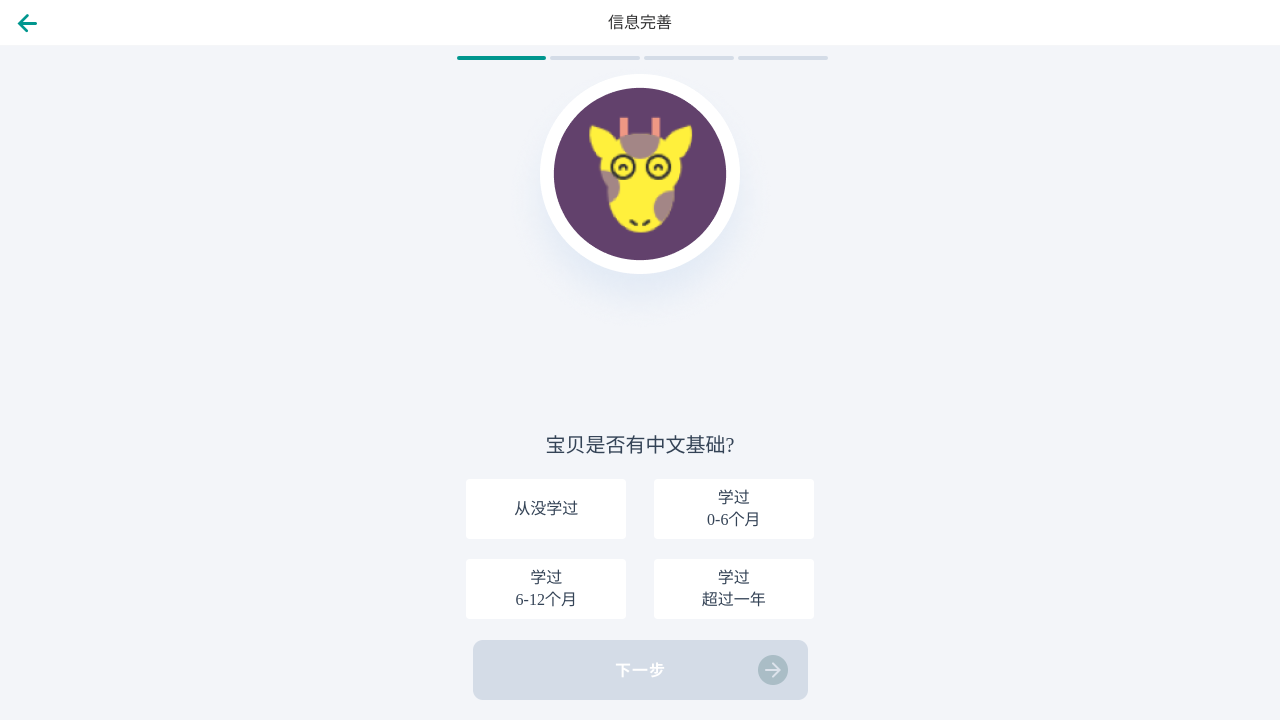
Repository: huangjf1/1
Page: /
The author's editor kept a copy of each file at every save. The page is drawn from the files as they stood at one save, then again after the next save.
The browser window is 1280 px wide. The pictures show the whole page.
The project was rebuilt for these pictures with package versions that can differ from the ones it lists, and the page was loaded fresh each time. Also part of the build but not shown: vue.config.js.

Above is the page before, as saved 2021-08-24 11:25:10.

After the next save:
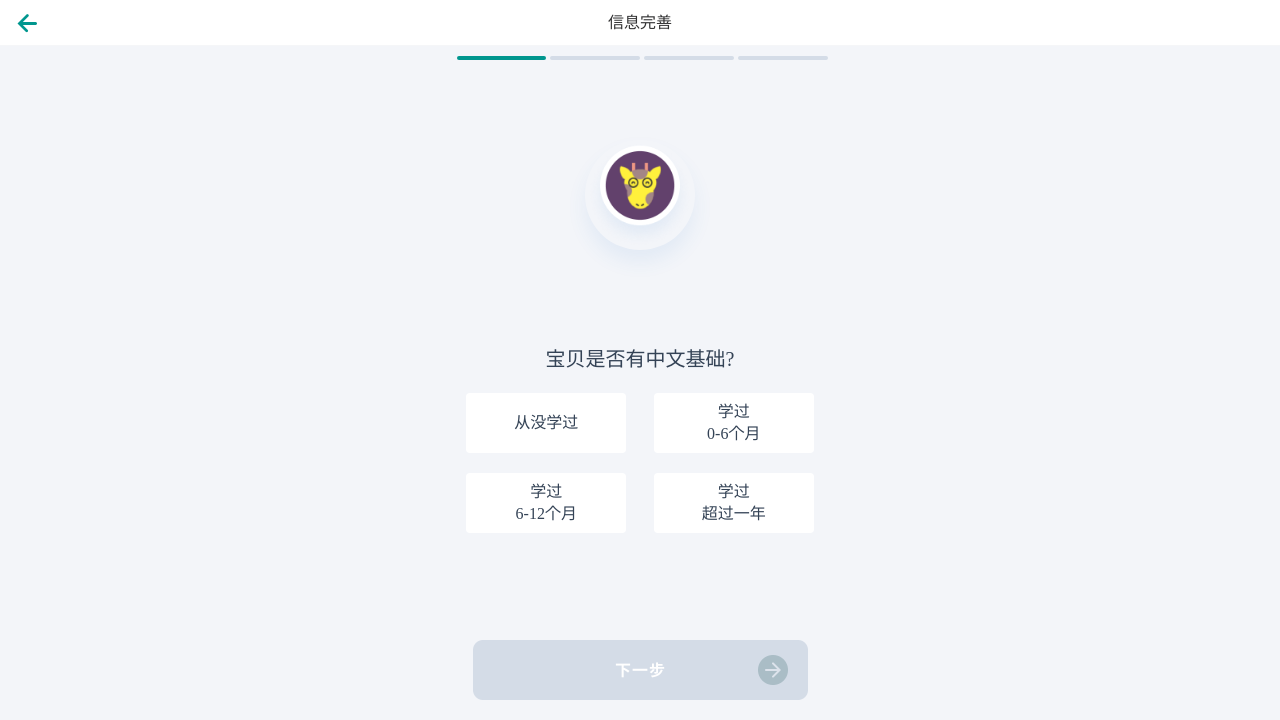
Saved 10 min 47 s later.
--- a/src/views/index.vue
+++ b/src/views/index.vue
@@ -232,13 +232,7 @@ export default {
         .pageOneDesc{
           flex: 1;
         }
-        .avatar {
-          width: 110px;
-          height: 110px;
-          border-radius: 50%;
-          box-shadow: 0px 12px 19px rgba(60, 128, 209, 0.0851449);
-          margin-top: 80px;
-        }
+
         .nameDesc {
           text-align: center;
           color: #344356;
@@ -414,6 +408,13 @@ export default {
           }
         }
       }
+      .avatar {
+        width: 110px;
+        height: 110px;
+        border-radius: 50%;
+        box-shadow: 0px 12px 19px rgba(60, 128, 209, 0.0851449);
+        margin-top: 80px;
+      }
       .btn {
         width: 335px;
         height: 60px;
